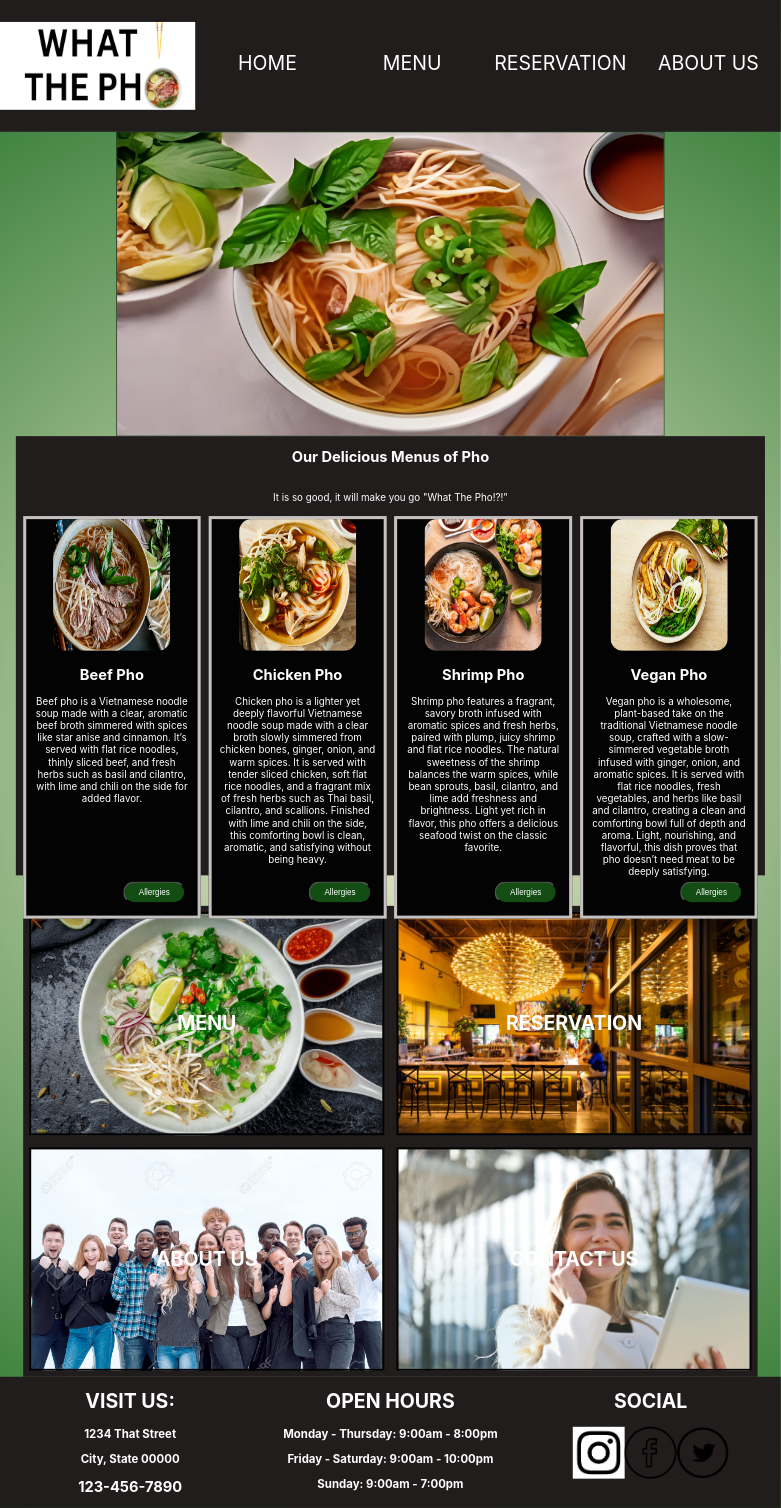
Repository: NguyenkhDang/Restaurant-Website
Page: /
These files come from the project's save history. The page is drawn as it stood at one moment and after the next save; the edit follows.
The browser window is 1280 px wide. The pictures show the whole page, at 61% of full size.
The project was rebuilt for these pictures with package versions that can differ from the ones it lists, and the page was loaded fresh each time.

Above is the page before, as saved 2026-01-16 19:39:09.

### src/App.js
import BackgroundImage from "./image/pho.jpg"
import BeefPho from "./image/beefPho.png"
import ChickenPho from "./image/chickenPho.jpg"
import ShrimpPho from "./image/shrimpPho.png"
import VeganPho from "./image/veganPho.jpg"
import './App.css';

import NavigationBar from './NavigationBar';
import Footer from "./Footer"

import ReadMore from "./Readmore"
import SectionContainer from "./SectionContainer"
function App() {


  return (
    <div className="home">
      <NavigationBar />
      <img
        src={BackgroundImage}
        style={{maxWidth: "70vw", height: "auto", border: "1px solid black"}}
        alt="Pho Photo"
        />


      <div className="menu">
        <h2>Our Delicious Menus of Pho</h2>
        <p>It is so good, it will make you go "What The Pho!?!"</p>
        <div className="foodContainer">
          <div>
            <ReadMore
            image={BeefPho}
            title="Beef Pho"
            description="Beef pho is a Vietnamese noodle soup made with a clear, aromatic beef broth simmered with spices like star anise and cinnamon. It’s served with flat rice noodles, thinly sliced beef, and fresh herbs such as basil and cilantro, with lime and chili on the side for added flavor."
            allergies={[
              "Soy: hoisin sauce, soy sauce",
              "Fish: fish sauce",
              "Gluten: possible in sauces",
              "Shellfish: may be present",
              "Spices: star anise, cinnamon, cloves"
            ]}
          />

          </div>
          <div>
            <ReadMore
            image={ChickenPho}
            title="Chicken Pho"
            description="Chicken pho is a lighter yet deeply flavorful Vietnamese noodle soup made with a clear broth slowly simmered from chicken bones, ginger, onion, and warm spices. It is served with tender sliced chicken, soft flat rice noodles, and a fragrant mix of fresh herbs such as Thai basil, cilantro, and scallions. Finished with lime and chili on the side, this comforting bowl is clean, aromatic, and satisfying without being heavy."
            allergies={[
              "Soy: sauces",
              "Fish: fish sauce",
              "Spices: ginger, coriander"
            ]}
          />
          </div>
          <div>
            <ReadMore
            image={ShrimpPho}
            title="Shrimp Pho"
            description="Shrimp pho features a fragrant, savory broth infused with aromatic spices and fresh herbs, paired with plump, juicy shrimp and flat rice noodles. The natural sweetness of the shrimp balances the warm spices, while bean sprouts, basil, cilantro, and lime add freshness and brightness. Light yet rich in flavor, this pho offers a delicious seafood twist on the classic favorite."
            allergies={[
              "Shellfish: shrimp",
              "Fish: fish sauce",
              "Soy: sauces"
            ]}
          />
          </div>
          <div>
            <ReadMore
            image={VeganPho}
            title="Vegan Pho"
            description="Vegan pho is a wholesome, plant-based take on the traditional Vietnamese noodle soup, crafted with a slow-simmered vegetable broth infused with ginger, onion, and aromatic spices. It is served with flat rice noodles, fresh vegetables, and herbs like basil and cilantro, creating a clean and comforting bowl full of depth and aroma. Light, nourishing, and flavorful, this dish proves that pho doesn’t need meat to be deeply satisfying."
            allergies={[
              "Soy: tofu, sauces",
              "Gluten: possible in sauces"
            ]}
          />
          </div>
        </div>
      </div>
      <SectionContainer />
      <Footer />
  </div>
);
}

export default App;

### src/App.css
html{
  -ms-overflow-style: none;
  scrollbar-width: none;
}

.home {
  display: grid;
  margin: 0;
  padding: 0;

  background: radial-gradient(
    circle,
    rgba(245, 240, 213, 1) 0%,
    rgba(38, 115, 42, 1) 100%
  );
  place-items: center;
  text-align: center;
  color: white;
}

.menu {
  display: grid;
  grid-template-rows: repeat(3, 1fr);
  place-items: center;
  gap: 5px;

  width: 96vw;
  height: 100vh;
  margin: 0 2vw;

  background-color: rgb(34, 29, 29);
}

.foodContainer {
  display: grid;
  grid-template-columns: repeat(4, 1fr);
  place-items: center;
  height: auto;
  gap: 1vw;
  padding: 0;
}


#label{
  font-weight: bolder;
  font-size: 1.25em;
}
html::-webkit-scrollbar {
  display: none;
}

### src/NavigationBar.js
import "./CSS/NavigationBar.css"
import Logo from "./image/CustomLogo2.png"
const NavigationBar = () =>{



  return (
    <div className="navbar">
      <div className="logoImage">
        <img src= {Logo} />
      </div>
      <div className="wholeNavBar">
        <ul>
          <li>
            <a>HOME</a>
          </li>
          <li>
            <a>MENU</a>
          </li>
          <li>
            <a>RESERVATION</a>
          </li>
          <li>
            <a>ABOUT US</a>
          </li>
        </ul>

      </div>
    </div>
  )


}

export default NavigationBar

### src/Footer.js
import "./CSS/Footer.css"
import InstagramIcon from "./image/instagramIcon.png"
import FacebookIcon from "./image/facebookIcon.png"
import TwitterIcon from "./image/twitterIcon.png"
const Footer = () =>{

  return(
    <div className="footer">
      <div>
        <h1>VISIT US:</h1>
        <h3>1234 That Street</h3>
        <h3>City, State 00000</h3>

        <h2>123-456-7890</h2>
      </div>
      <div>
        <h1>OPEN HOURS</h1>
        <h3>Monday - Thursday: 9:00am - 8:00pm</h3>
        <h3>Friday - Saturday: 9:00am - 10:00pm</h3>
        <h3>Sunday: 9:00am - 7:00pm</h3>
      </div>
      <div>
        <h1>SOCIAL</h1>
        <a href="https://www.instagram.com/" target="_blank"><img src={InstagramIcon}/></a>
        <a href="https://www.facebook.com/" target="_blank"><img src={FacebookIcon}/></a>
        <a href="https://x.com/" target="_blank"><img src={TwitterIcon}/></a>
      </div>

    </div>
  )

}

export default Footer

### src/Readmore.js
import { useState } from "react";
import "./CSS/Readmore.css"
function ReadMore({ image, title, description, allergies }) {
  const [showMore, setShowMore] = useState(false);

  return (
    <div className={`descriptionContainer ${showMore ? "isExpand ": ""}`}>
      <img src={image} style={{ width: "15vw", height: "30vh" }} alt={title} />

      <h2>{title}</h2>

      <p>
        {description}

        {showMore && (
          <ul className="list">
            {allergies.map((item, index) => (
              <li key={index}>{item}</li>
            ))}
          </ul>
        )}
      </p>

      <button onClick={() => setShowMore(!showMore)}>
        {showMore ? "Close" : "Allergies"}
      </button>
    </div>
  );
}
export default ReadMore;

### src/SectionContainer.js
import "./CSS/SectionContainer.css"

import MenuImage from "./image/menuImage.jpg"
import ReservationImage from "./image/reservationImage.jpg"
import AboutUsImage from "./image/aboutusImage.jpg"
import ContactusImage from "./image/contactusImage.jpg"
const SectionContainer = ()=>{

  return(
    <div className="containerMain">
      <div style={{ backgroundImage: `url(${MenuImage})`}}>
        <h1>MENU</h1>
      </div>
      <div style={{ backgroundImage: `url(${ReservationImage})`}}>
        <h1>RESERVATION</h1>
      </div>
      <div style={{ backgroundImage: `url(${AboutUsImage})`}}>
        <h1>ABOUT US</h1>
      </div>
      <div style={{ backgroundImage: `url(${ContactusImage})`}}>
        <h1>CONTACT US</h1>
      </div>
    </div>
  )
}

export default SectionContainer;

### src/CSS/NavigationBar.css
.navbar{
  background-color: rgb(34, 29, 29);
  display: grid;
  grid-template-columns: 25% 75%;
  width: 100vw;
  height: 25vh;
  padding-top: 5vh;
}
.wholeMavBar{
  float: right;
  height: 10vh;
}

.logoImage img{
  height: 20vh;
  width: 25vw;
  object-fit: fill;
  object-position: center;
}

ul{
  align-items: center;
  list-style-type: none;
  display: grid;
  place-items: center;
  grid-template-columns: 1fr 1fr 1fr 1fr;
  margin-top: 5%;
  padding: 0;
}
li a{
  font-size: 2em;
  text-align: center;
  padding: 14px 16px;
}

li a:hover{
  background-color: #c5b1b1;
}

### src/CSS/Footer.css
.footer{
  background-color: rgb(34, 29, 29);
  display: grid;
  grid-template-columns: repeat(3, 1fr);
  width: 100vw;
}

.footer img{
  width: 20%;
}

### src/CSS/Readmore.css
.descriptionContainer{
  display: block;
  width: 20vw;
  height: auto;
  min-height: 650px;
  padding-top: 2.5vh;
  position: relative;
  overflow: hidden;
  transition: all 0.5s ease-in-out;
  background-color: rgb(3, 3, 3);
  border: 5px solid rgb(197, 193, 193);
  padding: 0 1vw;
  margin-bottom: 50px ;
}
.descriptionContainer.isExpand{
  min-height: 720px;
}
.descriptionContainer img{
  width: 20%;
  height: 20%;
  border-radius: 20px;
}
.list{
  display: grid;
  grid-template-columns: repeat(1, 1fr);
}
.list li{
  height: auto;
  width: 70%;
}

button{
  background-color: rgb(19, 77, 19);
  position: absolute;
  bottom: 20px;
  right: 20px;
  height: 5vh;
  width: 8vw;
  border-radius: 50px ;
  color: white
}

### src/CSS/SectionContainer.css
.containerMain{
  display: grid;
  background-color: rgb(34, 29, 29);
  grid-template-columns: repeat(2, 1fr);
  grid-template-rows: repeat(2, 1fr);
  margin-top: 50px;
}

.containerMain div{
  display: flex;
  justify-content: center;
  align-items: center;
  text-align: center;
  width: 45vw;
  height: 50vh;
  margin: 10px;

  background-size: cover;
  background-position: center;
  background-repeat: no-repeat;

  border: 3px solid black;
}

Loaded but not shown: public/index.html (common file); src/index.js (common file); src/index.css (common file); src/reportWebVitals.js (common file)

After the next save:
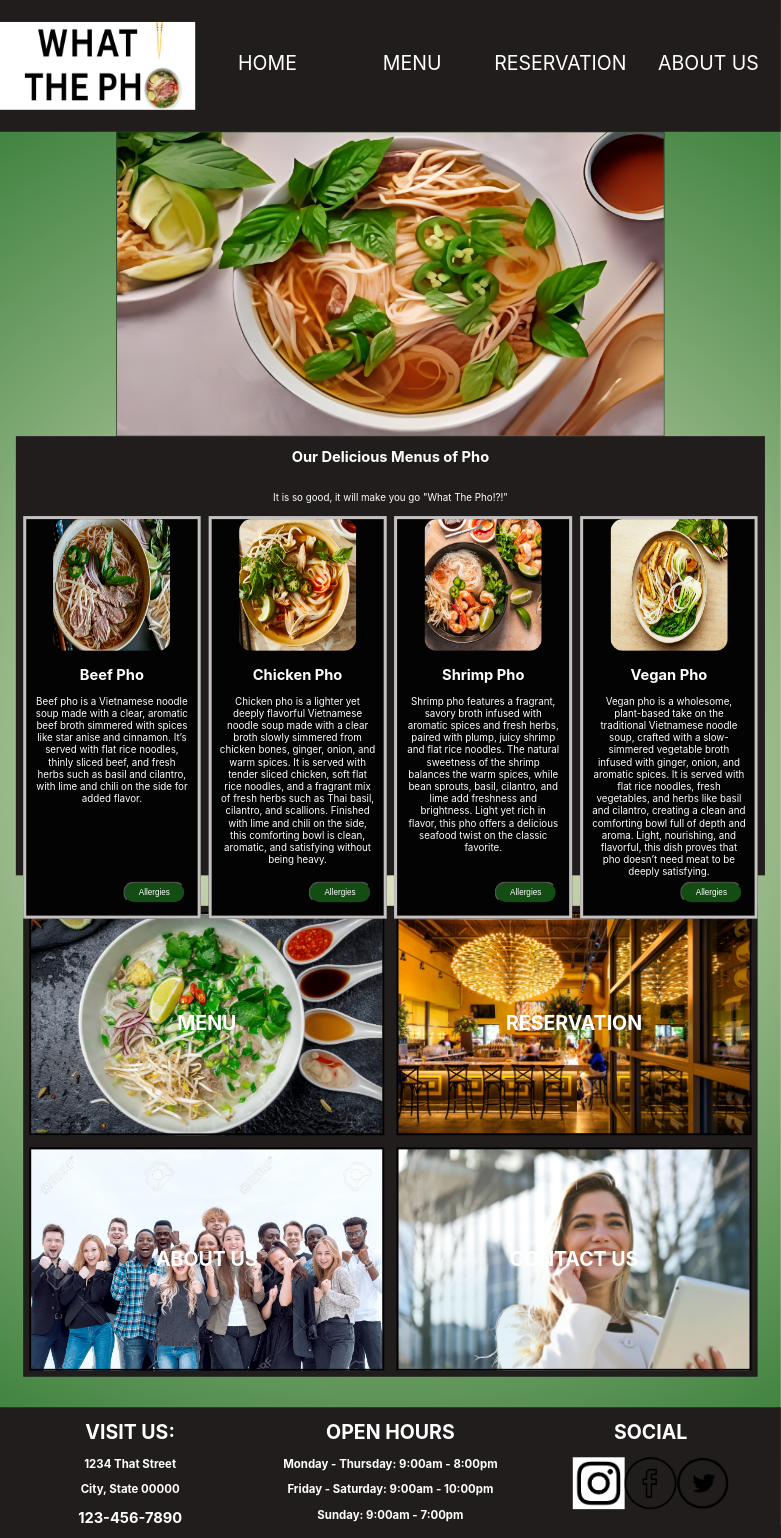
Saved 9 s later.
--- a/src/CSS/SectionContainer.css
+++ b/src/CSS/SectionContainer.css
@@ -4,6 +4,7 @@
   grid-template-columns: repeat(2, 1fr);
   grid-template-rows: repeat(2, 1fr);
   margin-top: 50px;
+  margin-bottom: 50px;
 }
 
 .containerMain div{
